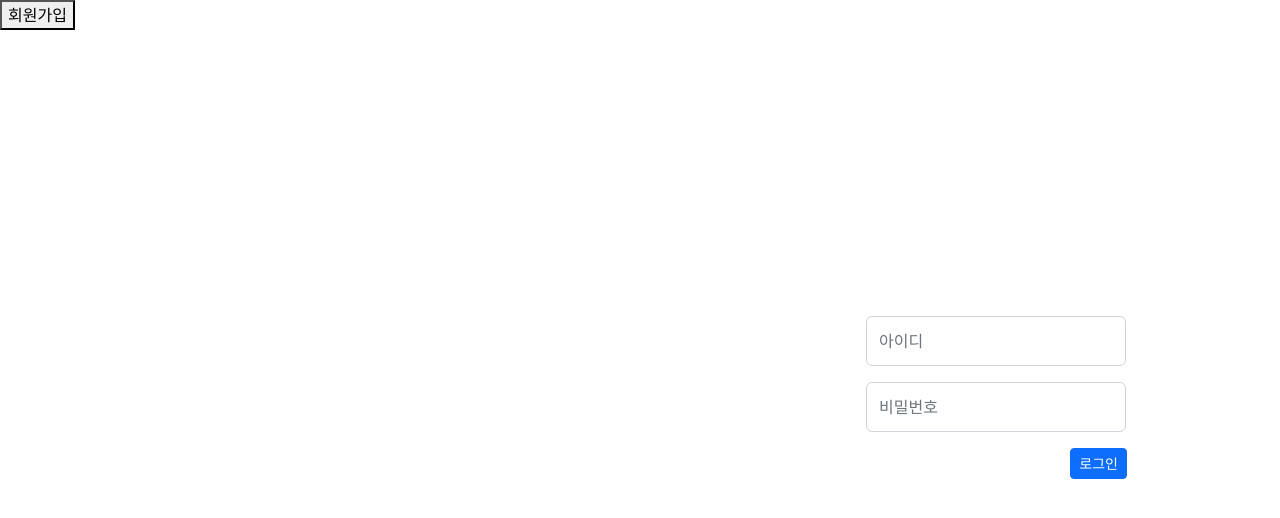
Repository: kokoko12334/myvocab-toy
Page: http://localhost/myVocabularyList/home.jsp
An editor plug-in stored every save of this project. The page is shown before and after the next save, followed by the edit.
The browser window is 1280 px wide. The pictures show the whole page.
The page is served by Tomcat 9. Other server files are loaded and not shown.

Above is the page before, as saved 2023-04-08 04:27:34.

### myVocabularyList/src/main/webapp/home.jsp
<%@ page language="java" contentType="text/html; charset=UTF-8"
    pageEncoding="UTF-8"%>

<%@ taglib prefix="c" uri = "http://java.sun.com/jsp/jstl/core" %>

<!DOCTYPE html>
<html>
<head>
<meta charset="UTF-8">
<title>영어단어장 홈화면</title>
<link href="https://cdn.jsdelivr.net/npm/bootstrap@5.2.3/dist/css/bootstrap.min.css" rel="stylesheet" integrity="sha384-rbsA2VBKQhggwzxH7pPCaAqO46MgnOM80zW1RWuH61DGLwZJEdK2Kadq2F9CUG65" crossorigin="anonymous">

</head>

<body>

	<div  style="float: right;width: 414px;margin-top: 300px;text-align:right" >

		<form action = "/login" method = "post" style="height: 164px;width: 261px;">
			<input class="form-control my-3" style = "height:50px; width: 260px;" type = "text" name = "id" placeholder = "아이디">
			<input class="form-control my-3" style = "height:50px; width: 260px;" type = "password" name = "pwd" placeholder = "비밀번호">
			<button  class="btn btn-primary btn-sm" >로그인</button>

		</form>
	</div>

	<div>
		<button type="button"  onClick="location.href='joinForm.jsp'">회원가입</button>
	</div>


</body>

</html>

After the next save:
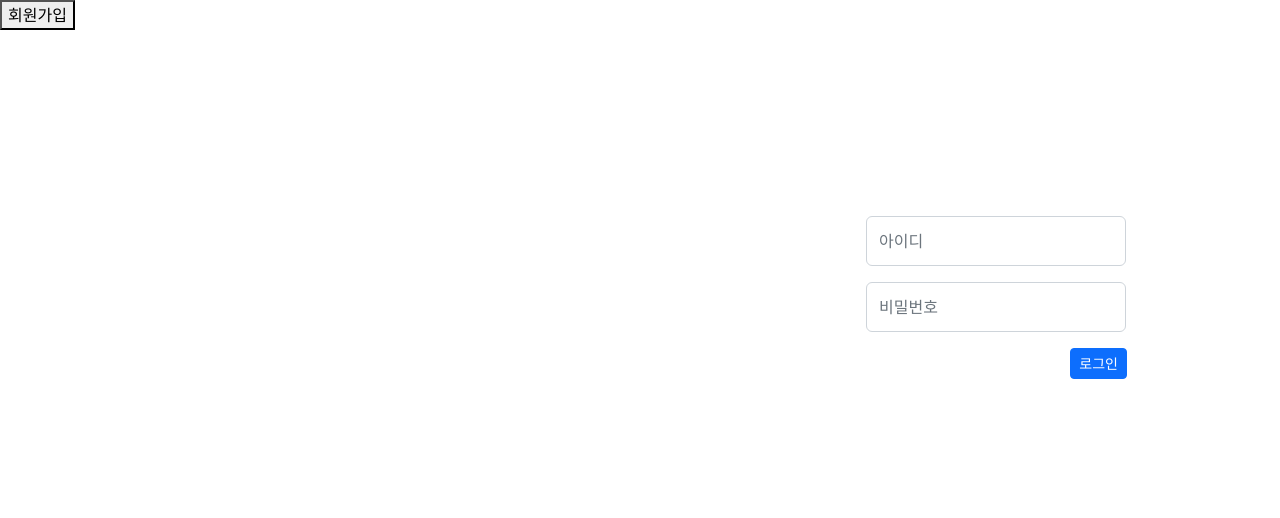
Saved 43 s later.
--- a/myVocabularyList/src/main/webapp/home.jsp
+++ b/myVocabularyList/src/main/webapp/home.jsp
@@ -14,7 +14,7 @@
 
 <body>
 
-	<div  style="float: right;width: 414px;margin-top: 300px;text-align:right" >
+	<div  style="float: right;width: 414px;margin-top: 200px;text-align:right" >
 
 		<form action = "/login" method = "post" style="height: 164px;width: 261px;">
 			<input class="form-control my-3" style = "height:50px; width: 260px;" type = "text" name = "id" placeholder = "아이디">
